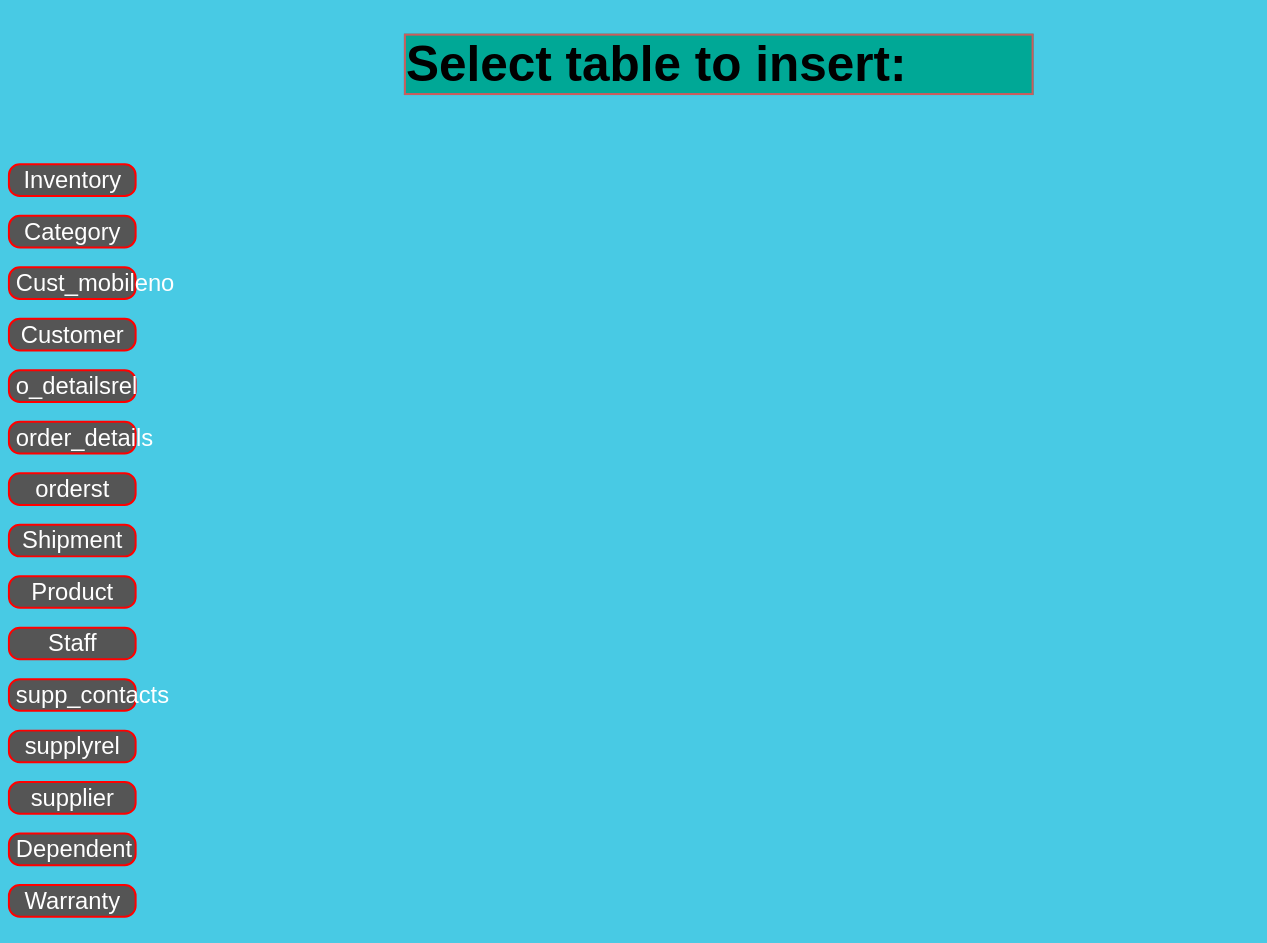
Repository: cyrusdwivedi2002/inventory-management-system
Page: DemoApp/src/main/webapp/insert.html
The author's editor kept a copy of each file at every save. The page is drawn from the files as they stood at one save, then again after the next save.
The browser window is 1280 px wide. The pictures show the whole page, at 99% of full size.
Some web fonts or font styles are not loaded; a fallback is used.

Above is the page before, as saved 2022-06-24 19:08:57.

After the next save:
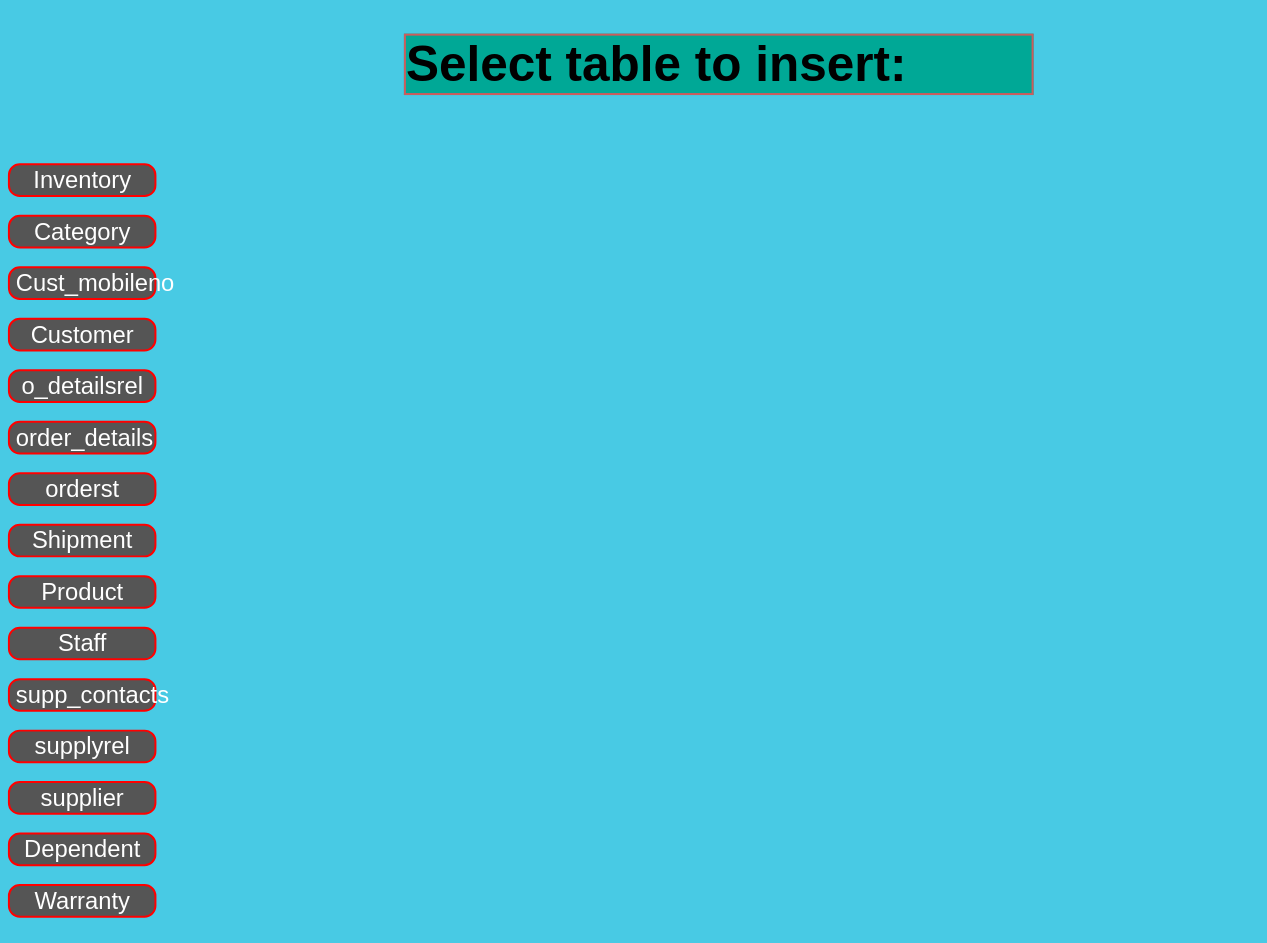
Saved 22 s later.
--- a/DemoApp/src/main/webapp/insert.html
+++ b/DemoApp/src/main/webapp/insert.html
@@ -25,7 +25,7 @@ button{
 background-color: #555555;
 color:white;
 font-size: 24px;
-width:130px;
+width:150px;
 border-radius: 12px;
 border:2px solid red;
 }
